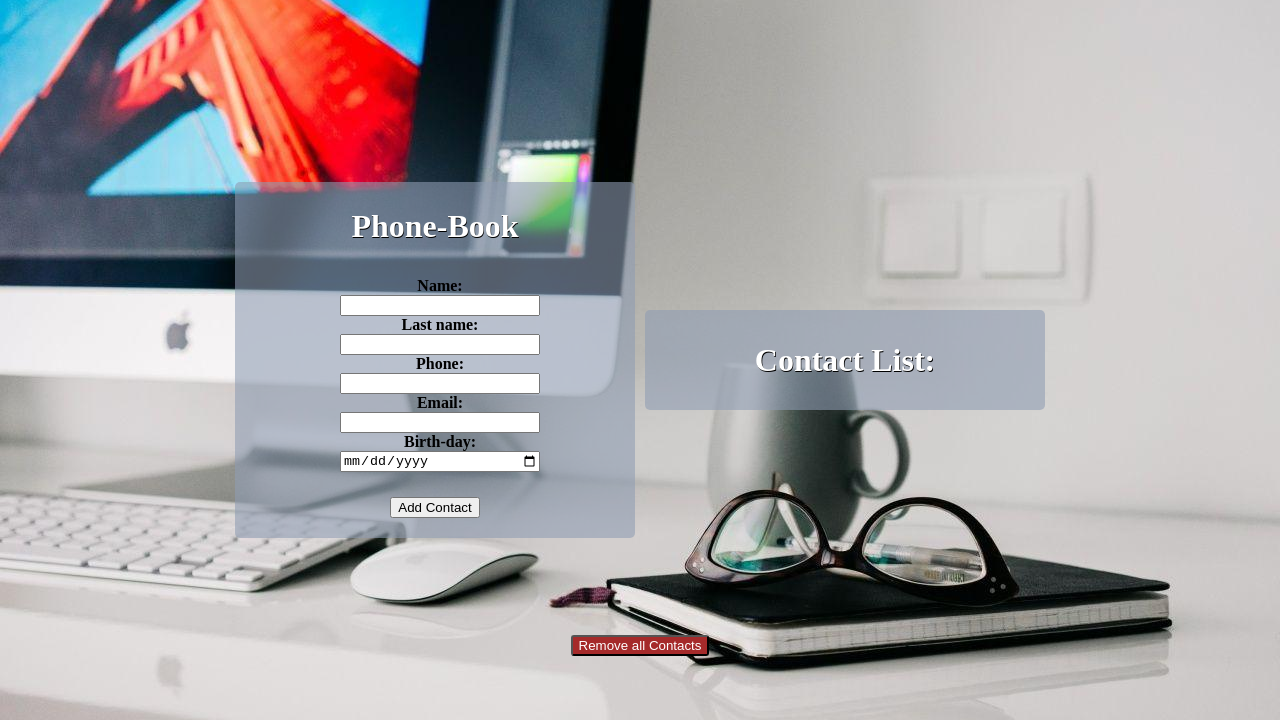
Repository: STA1357/Phone-book
Page: Inner.html
An editor plug-in stored every save of this project. The page is shown before and after the next save, followed by the edit.
The browser window is 1280 px wide. The pictures show the whole page.

Above is the page before, as saved 2020-12-11 14:48:07.

After the next save:
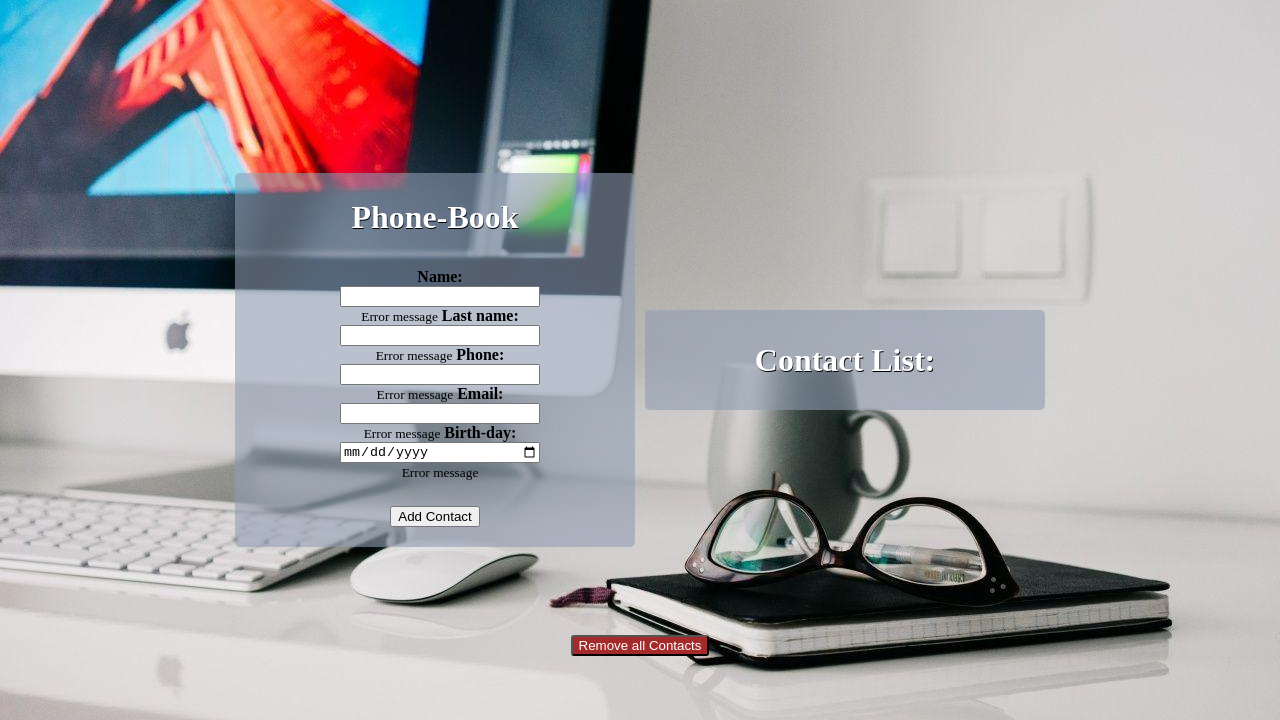
Saved 19 h 46 min later.
--- a/Inner.html
+++ b/Inner.html
@@ -20,14 +20,19 @@
             <div class="container">
                 <label for="name">Name:</label>
                 <input type="text" id="nameInput">
+                <small>Error message</small>
                 <label for="lname">Last name:</label>
                 <input type="text" id="lnameInput">
+                <small>Error message</small>
                 <label for="tel">Phone:</label>
                 <input type="text" id="telInput" class="tellinput">
+                <small>Error message</small>
                 <label for="email">Email:</label>
                 <input type="email" id="emailInput">
+                <small>Error message</small>
                 <label for="birthname">Birth-day:</label>
                 <input type="date" id="birthInput">
+                <small>Error message</small>
             </div>
 
         </main>
